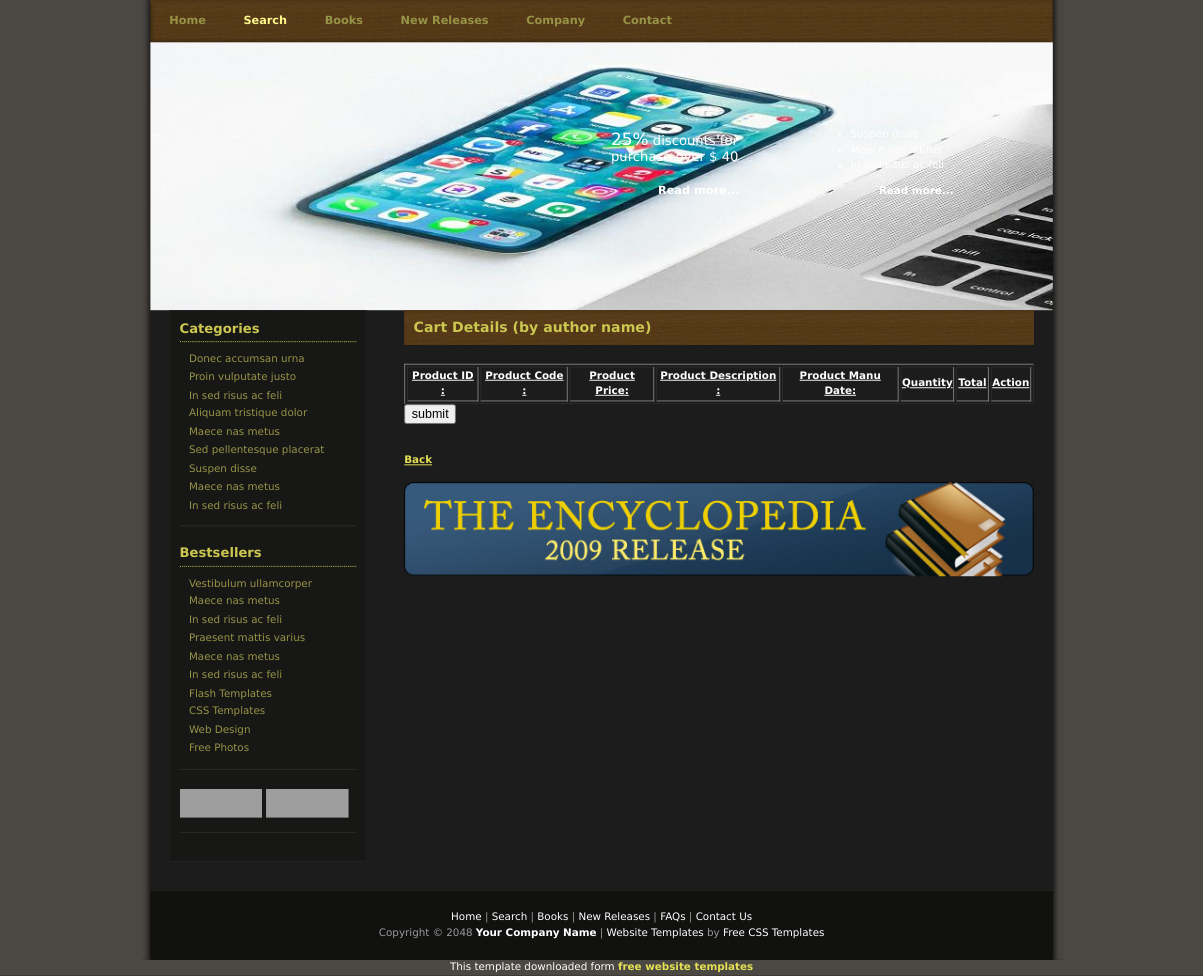
Repository: priyankamergu/MyAllProjects
Page: http://localhost/OnlineShopping/addToCart.jsp
These files come from the project's save history. The page is drawn as it stood at one moment and after the next save; the edit follows.
The browser window is 1280 px wide. The pictures show the whole page, at 94% of full size.
Pictures or frames that could not be fetched are drawn as grey boxes. The page is served by Tomcat 9. Other server files are loaded and not shown. The template is opened directly, without the code that normally fills it, so the values that code supplies are empty.

Above is the page before, as saved 2019-11-22 06:18:33.

### Workspace_JEE7_WEB/OnlineShopping/WebContent/addToCart.jsp
<!DOCTYPE html PUBLIC "-//W3C//DTD XHTML 1.0 Transitional//EN" "http://www.w3.org/TR/xhtml1/DTD/xhtml1-transitional.dtd">
<html xmlns="http://www.w3.org/1999/xhtml">

<%@ taglib prefix="c" uri="http://java.sun.com/jsp/jstl/core"%>
<%@ taglib prefix="fmt" uri="http://java.sun.com/jsp/jstl/fmt"%>
<head>
<meta http-equiv="Content-Type" content="text/html; charset=utf-8" />
<title>Book Store Template, Free CSS Template, TemplateMo.com</title>
<meta name="keywords"
	content="Book Store Template, Free CSS Template, CSS Website Layout, CSS, HTML, TemplateMo.com" />
<meta name="description"
	content="Book Store Template, Free CSS Template, Download CSS Website from TemplateMo.com" />
<link href="templatemo_style.css" rel="stylesheet" type="text/css" />



<script>
function calculatePrice(product_id)
{
	var price=document.getElementById("price"+product_id).value;
	var quantity=document.getElementById("quantity"+product_id).value;

	document.getElementById("total"+product_id).value=parseFloat(price)*parseFloat(quantity);
}
</script>

</head>
<body>
	<!--  Free CSS Templates from www.templatemo.com -->
	<div id="templatemo_container">
		<div id="templatemo_menu">
			<ul>
				<li><a href="index.html">Home</a></li>
				<li><a href="#" class="current">Search</a></li>
				<li><a href="index.html">Books</a></li>
				<li><a href="index.html">New Releases</a></li>
				<li><a href="#">Company</a></li>
				<li><a href="#">Contact</a></li>
			</ul>
		</div>
		<!-- end of menu -->

		<div id="templatemo_header">
			<div id="templatemo_special_offers">
				<p>
					<span>25%</span> discounts for purchase over $ 40
				</p>
				<a href="#" style="margin-left: 50px;">Read more...</a>
			</div>


			<div id="templatemo_new_books">
				<ul>
					<li>Suspen disse</li>
					<li>Maece nas metus</li>
					<li>In sed risus ac feli</li>
				</ul>
				<a href="#" style="margin-left: 50px;">Read more...</a>
			</div>
		</div>
		<!-- end of header -->

		<div id="templatemo_content">

			<div id="templatemo_content_left">
				<div class="templatemo_content_left_section">
					<h1>Categories</h1>
					<ul>
						<li><a href="index.html">Donec accumsan urna</a></li>
						<li><a href="index.html">Proin vulputate justo</a></li>
						<li><a href="#">In sed risus ac feli</a></li>
						<li><a href="#">Aliquam tristique dolor</a></li>
						<li><a href="#">Maece nas metus</a></li>
						<li><a href="#">Sed pellentesque placerat</a></li>
						<li><a href="#">Suspen disse</a></li>
						<li><a href="#">Maece nas metus</a></li>
						<li><a href="#">In sed risus ac feli</a></li>
					</ul>
				</div>
				<div class="templatemo_content_left_section">
					<h1>Bestsellers</h1>
					<ul>
						<li><a href="#">Vestibulum ullamcorper</a></li>
						<li><a href="#">Maece nas metus</a></li>
						<li><a href="#">In sed risus ac feli</a></li>
						<li><a href="#">Praesent mattis varius</a></li>
						<li><a href="#">Maece nas metus</a></li>
						<li><a href="#">In sed risus ac feli</a></li>
						<li><a href="http://www.flashmo.com" target="_parent">Flash
								Templates</a></li>
						<li><a href="http://www.templatemo.com" target="_parent">CSS
								Templates</a></li>
						<li><a href="http://www.webdesignmo.com" target="_parent">Web
								Design</a></li>
						<li><a href="http://www.photovaco.com" target="_parent">Free
								Photos</a></li>
					</ul>
				</div>

				<div class="templatemo_content_left_section">
					<a href="http://validator.w3.org/check?uri=referer"><img
						style="border: 0; width: 88px; height: 31px"
						src="http://www.w3.org/Icons/valid-xhtml10"
						alt="Valid XHTML 1.0 Transitional" width="88" height="31"
						vspace="8" border="0" /></a> <a
						href="http://jigsaw.w3.org/css-validator/check/referer"><img
						style="border: 0; width: 88px; height: 31px"
						src="http://jigsaw.w3.org/css-validator/images/vcss-blue"
						alt="Valid CSS!" vspace="8" border="0" /></a>
				</div>
			</div>
			<!-- end of content left -->

			<div id="templatemo_content_right">
				<h1>
					Cart Details <span>(by author name)</span>
				</h1>

				<form action="CheckOutController" method="post">
				<table border=1>
					<tr>
						<th><u>Product ID :</u></th>
						<th><u>Product Code :</u></th>
						<th><u>Product Price:</u></th>
						<th><u>Product Description :</u></th>
						<th><u>Product Manu Date:</u></th>
						<th><u>Quantity</u></th>
						<th><u>Total</u></th>
						<th><u>Action</u></th>

					</tr>
					<c:forEach items="${productList}" var="product" varStatus="status">

						<tr>
							<td><input type="hidden" name="product_id" value="${ product.id}" /> ${product.id}</td>
							<td>${product.code}</td>
							<td>${product.description}</td>

							<td>
							<input type="hidden" name="price" name="price${product.id}" id="price${product.id}" value="${product.price}"></input>
							${product.price}</td>
							<td><fmt:formatDate value="${product.manfDate}"
									pattern="dd/MM/yyyy" /></td>

							<td><input type="text" name="quantity${product.id}" id="quantity${product.id}" value="1" onblur="calculatePrice(${product.id})"></input></td>
								<td><input type="text" name="total${product.id}" id="total${product.id}" value="${ product.price}" onblur="calculatePrice(${product.id})"></input></td>


							<td><a href="ProductDatabaseController?action=deleteFromCart&index=${status.index}">Remove</a></td>
						</tr>



						<div class="cleaner_with_height">&nbsp;</div>
					</c:forEach>
				</table>
				</form>
				<input type="submit" value ="submit"></input><br><br>
				<a href="ProductDatabaseController"><h4><u>Back</u></h4></a>


				<a href="index.html"><img src="images/templatemo_ads.jpg"
					alt="css template ad" /></a>

			</div>
			<!-- end of content right -->

			<div class="cleaner_with_height">&nbsp;</div>
		</div>
		<!-- end of content -->

		<div id="templatemo_footer">
			<a href="index.html">Home</a> | <a href="index.html">Search</a> | <a
				href="index.html">Books</a> | <a href="#">New Releases</a> | <a
				href="#">FAQs</a> | <a href="#">Contact Us</a><br /> Copyright ©
			2048 <a href="#"><strong>Your Company Name</strong></a> | <a
				href="http://www.iwebsitetemplate.com" target="_parent">Website
				Templates</a> by <a href="http://www.templatemo.com" target="_parent">Free
				CSS Templates</a>
		</div>
		<!-- end of footer -->
		<!--  Free CSS Template www.templatemo.com -->
	</div>
	<!-- end of container -->
	<div align=center>
		This template downloaded form <a
			href='http://all-free-download.com/free-website-templates/'>free
			website templates</a>
	</div>
</body>
</html>

### Workspace_JEE7_WEB/OnlineShopping/WebContent/templatemo_style.css
/*
CSS Credit: http://www.templatemo.com/
*/

body {
	margin: 0;
	padding: 0;
	line-height: 1.5em;
	font-family: Verdana, Arial, san-serif;
	font-size: 11px;
	color: #ffffff;
	background: #4b4743;
}

a:link, a:visited { color: #e6e154; text-decoration: none; font-weight: bold;}
a:active, a:hover { color: #e6e154; text-decoration: underline;}

p {
	margin: 0px;
	padding: 0px;
}

img {
	margin: 0px;
	padding: 0px;
	border: none;
}


.cleaner {
	clear: both;
	width: 100%;
	height: 1px;
	font-size: 1px;
}

.cleaner_with_height {
	clear: both;
	width: 100%;
	height: 30px;
	font-size: 1px;
}

.cleaner_with_width {
	float: left;
	width: 20px;
	height: 30px;
	font-size: 1px;
}

.buy_now_button a{
	clear: both;
	text-align: center;
	display: block;
	width: 100px;
	padding: 4px 0 5px 0;
	margin-bottom: 10px;
	background: url(images/templatemo_btn_02.jpg) no-repeat;
	color: #FFFFFF;
	font-weight: bold;
	text-decoration: none;
}

.detail_button a{
	clear: both;
	text-align: center;
	display: block;
	width: 100px;
	padding: 4px 0 5px 0;
	margin-bottom: 10px;
	background: url(images/templatemo_btn_01.jpg) no-repeat;
	color: #ffffff;
	font-weight: bold;
	text-decoration: none;
}

#templatemo_container{
	width: 960px;
	margin: 0 auto;
	padding: 0 10px;
	background: #1c1c1b url(images/templatemo_bg.jpg) repeat-y;
}


/* menu */

#templatemo_menu {
	clear: both;
	width: 960px;
	height: 45px;
	background: url(images/templatemo_menu_bg.jpg) no-repeat;
}

#templatemo_menu ul {
	padding: 13px 0 0 0;
	margin: 0;
	list-style: none;
}

#templatemo_menu ul li{
	display: inline;
}

#templatemo_menu ul li a{
	float: left;
	padding: 0 20px;
	font-size: 12px;
	font-weight: bold;
	text-align: center;
	text-decoration: none;
	color: #969547;
}

#templatemo_menu li a:hover, #templatemo_menu li .current{
	color: #fcf88e;
}

/* end of menu*/

/* header */
#templatemo_header {
	clear: both;
	width: 960px;
	height: 285px;
	padding: 0;
	margin: 0;
	background: url(images/headermain.jpg) no-repeat;
}

#templatemo_header a,a:hover {
	color: #ffffff;
}

#templatemo_header #templatemo_special_offers {
	float: left;
	font-size: 14px;
	margin-top: 95px;
	margin-left: 490px;
	width: 180px;
}

#templatemo_special_offers a {
	font-size: 12px;
}

#templatemo_special_offers  p {
	margin: 0 0 20px 0;
}
#templatemo_special_offers p span {
	font-size: 18px;
}

#templatemo_header #templatemo_new_books {
	float: left;
	margin-top: 90px;
	margin-left: 55px;
	width: 180px;
}

#templatemo_new_books ul {
	 margin: 0 0 10px 0;
	 padding: 0 0 0 20px;
}

#templatemo_new_books li {
	 margin: 0;
	 padding: 0;
}


/* end of header */


/* content */
#templatemo_content {
	clear: both;
	width: 920px;
	padding: 0 20px;
}

#templatemo_content #templatemo_content_left {
	float: left;
	width: 188px;
	padding: 10px;
	background-color: #171716;
	border: 1px solid #212120;
}

#templatemo_content #templatemo_content_right {
	float: right;
	width: 670px;
}


#templatemo_content_left .templatemo_content_left_section{
	clear: both;
	padding-bottom: 10px;
	border-bottom: 1px solid #2b2b2a;
	margin-bottom: 20px;
}

.templatemo_content_left_section h1 {
	font-size: 14px;
	color: #cbc750;
	padding: 0 0 5px 0;
	margin: 0 0 10px 0;
	border-bottom: 1px dotted #cbc750;
}

.templatemo_content_left_section ul {
	padding: 0;
	margin: 0;
}

.templatemo_content_left_section ul li{
	padding: 0 0 3px 10px;
	list-style: none;
}

.templatemo_content_left_section ul li a{
	font-weight: normal;
	text-decoration: none;
	color: #969547;
}

.templatemo_content_left_section li a:hover, .templatemo_content_left_section li .current{
	color: #fcf88e;
}





#templatemo_content_right .templatemo_product_box {
	float: left;
	width: 303px;
	height: 210px;
	padding: 10px;
	border: 1px solid #333;
}

#templatemo_content_right h1 {
	padding: 10px;
	margin: 0 0 20px 0;
	font-size: 15px;
	color: #cbc750;
	background: url(images/templatemo_h1_bg.jpg);
}

#templatemo_content_right h2 {
	padding: 0 0 0 0;
	margin: 0 0 20px 0;
	font-size: 12px;
	color: #e6e154;
}

#templatemo_content_right h3 {
	padding: 0;
	margin: 0 0 20px 0;
	font-size: 18px;
	color: #85391f;
}

#templatemo_content_right ul {
	margin: 0 0 20px 0;
	padding: 0 0 0 20px;
	list-style: none;
}

#templatemo_content_right li {
	padding: 0 0 3px 0;
}

#templatemo_content_right .image_panel {
	float: left;
	width: 100px;
	margin-right: 20px;
}

#templatemo_content_right p {
	text-align: justify;
	padding: 0 0 8px 0;
}

.templatemo_product_box h1 span {
	font-weight: normal;
}

.templatemo_product_box img {
	float: left;
	margin-right: 20px;
}

.templatemo_product_box .product_info {
	float: left;
	width: 180px;
}

.product_info p {
	margin-bottom: 15px;
}

/* end of content */

/* footer */
#templatemo_footer {
	clear: both;
	width: 960px;
	padding: 20px 0px 20px 0;
	text-align: center;
	border-top: 1px solid #25211e;
	color: #999;
	background-color: #111110;
}

#templatemo_footer a{
	color: #fff;
	font-weight: normal;
}
/* end of footer */

After the next save:
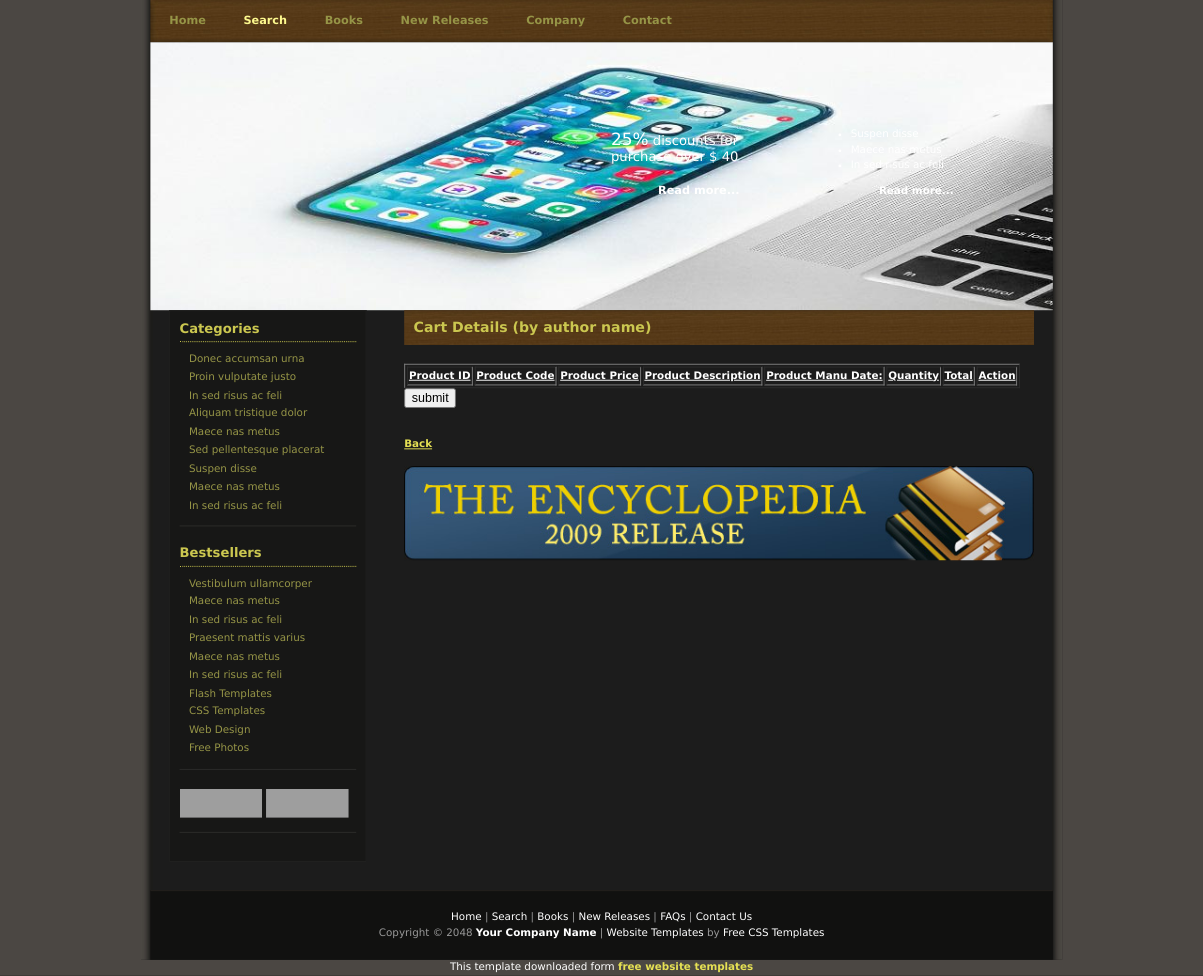
Saved 51 s later.
--- a/Workspace_JEE7_WEB/OnlineShopping/WebContent/addToCart.jsp
+++ b/Workspace_JEE7_WEB/OnlineShopping/WebContent/addToCart.jsp
@@ -119,10 +119,10 @@ function calculatePrice(product_id)
 				<form action="CheckOutController" method="post">
 				<table border=1>
 					<tr>
-						<th><u>Product ID :</u></th>
-						<th><u>Product Code :</u></th>
-						<th><u>Product Price:</u></th>
-						<th><u>Product Description :</u></th>
+						<th><u>Product ID </u></th>
+						<th><u>Product Code </u></th>
+						<th><u>Product Price</u></th>
+						<th><u>Product Description</u></th>
 						<th><u>Product Manu Date:</u></th>
 						<th><u>Quantity</u></th>
 						<th><u>Total</u></th>
